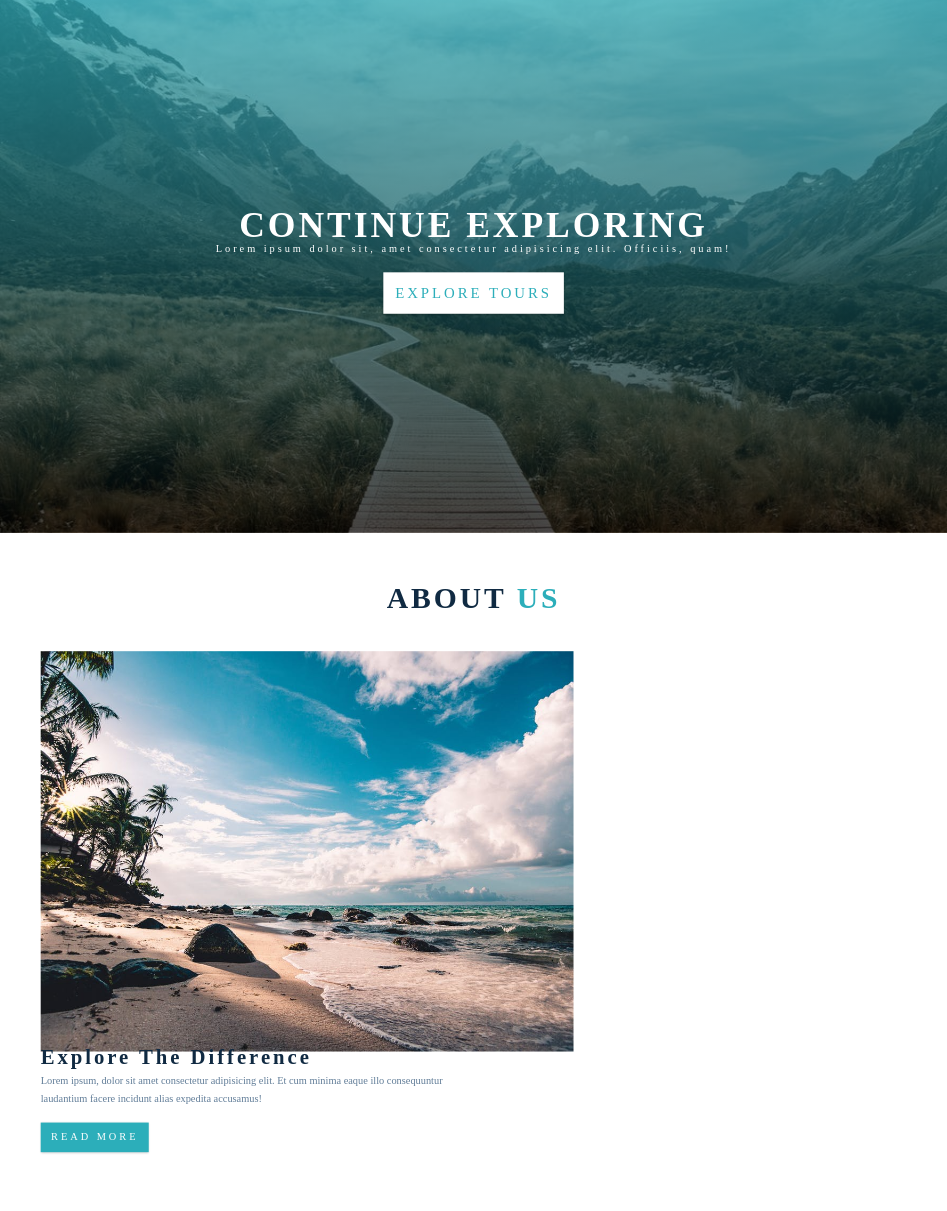
Repository: Ndifoinhilary/flexbox-project
Page: index.html
The author's editor kept a copy of each file at every save. The page is drawn from the files as they stood at one save, then again after the next save.
The browser window is 1280 px wide. The pictures show the whole page, at 74% of full size.

Above is the page before, as saved 2024-01-20 03:31:06.

### index.html
<!DOCTYPE html>
<html lang="en">
  <head>
    <meta charset="UTF-8" />
    <meta name="viewport" content="width=device-width, initial-scale=1.0" />
    <meta http-equiv="X-UA-Compatible" content="ie=edge" />
    <title>Backroads || Tour Company</title>
    <!-- favicon -->
    <link rel="shortcut icon" href="./images/favicon.ico" type="image/x-icon" />
    <!-- font-awesome -->
    <link rel="stylesheet" href="fontawesome-free-5.9.0-web/css/all.min.css" />
    <!-- styles css -->
    <link rel="stylesheet" href="./css/main.css" />
  </head>
  <body>
    <header id="home">
      <!-- nav bar -->
      <!-- end of nav bar -->
  <!-- hero section  -->
  <div class="hero">
    <div class="hero-banner">
      <h1>continue exploring</h1>
      <p>Lorem ipsum dolor sit, amet consectetur adipisicing elit. Officiis, quam!</p>
      <a href="#feature" class="btn hero-btn scroll-link ">explore tours</a>
    </div>
  </div>
   <!-- end of hero section  -->
    </header>
    <!-- end of header -->
   <!-- section -->
    <section class="section" id="about">
      <!-- section title -->
      <div class="section-title">
        <h2>about <span>us</span></h2>
      </div>
            <!-- section title -->
        <div class="section-center about-center">
          <!-- about image wrapper -->
          <article class="about-img">
            <img src="./images/about.jpeg"  class="about-photo" alt="awesome">
          </article>
          <!-- about infor -->
          <artilce class="about-info">
            <h3>explore the difference</h3>
            <p>Lorem ipsum, dolor sit amet consectetur adipisicing elit. Et cum minima eaque illo consequuntur laudantium facere incidunt alias expedita accusamus!</p>
            <a href="#" class="btn">read more</a>
          </artilce>
        </div>
    </section>
    <!-- end of section -->
  </body>
</html>

### css/main.css
@import url("https://fonts.googleapis.com/css?family=Lato:300,400|Poppins&display=swap");
/* css variables */
:root {
    --clr-primary-1:hsl(184, 91%, 17%);
    --clr-primary-2:hsl(185, 84%, 25%);
    --clr-primary-3:hsl(185, 81%, 29%);
    --clr-primary-4:hsl(184, 77%, 34%);
    --clr-primary-5:hsl(185, 62%, 45%);
    --clr-primary-6:hsl(185, 57%, 50%);
    --clr-primary-7:hsl(184, 65%, 59%);
    --clr-primary-8:hsl(184, 80%, 74%);
    --clr-primary-9:hsl(185, 94%, 84%);
    --clr-primary-100:hsl(186, 100%, 94%);
    /* dark grey */
    --clr-grey-1:hsl(209, 61%, 16%);
    --clr-grey-2:hsl(211, 39%, 23%);
    --clr-grey-3:hsl(209, 34%, 30%);
    --clr-grey-4:hsl(209, 28%, 39%);
    --clr-grey-5:hsl(210, 22%, 49%);
    --clr-grey-6:hsl(209, 23%, 60%);
    --clr-grey-7:hsl(211, 27%, 70%);
    --clr-grey-8:hsl(210, 31%, 80%);
    --clr-grey-9:hsl(212, 33%, 89%);
    --clr-grey-10:hsl(210, 36%, 96%);
     --clr-White: #fff;
  --ff-primary:"Lato" sans-serif ;
  --offWhite: #f7f7f7;
  --mainBlack: #222;
  --mainGrey: #ececec;
  --darkGrey: #afafaf;
  --transition: all 0.3s linear;
  --spacing: 0.25rem;
  --radius:0.5rem;
  --light-shadow: 0px 5px 15px rgba(0, 0, 0, 0.1);
  --darkShadow: 0px 5px 15px rgba(0, 0, 0, 0.2);
}


/* css global variables */

*{
  margin: 0;
  padding: 0;
  box-sizing: border-box;
}

body{
  font-family: var(--ff-primary);
  background: var(--clr-White);
  color: var(--clr-grey-1);
  line-height: 1.5rem;
  font-size: 0.875rem;
}

ul{
  list-style-type: none;

}

a{
  text-decoration: none;
}


img{
  width:100vh;
  display: block;
}

h1,h2,h3,h4{
  letter-spacing: var(--spacing);
  text-transform: capitalize;
  line-height: 1.25rem;
  margin-bottom:0.75rem ;
}

h1{
  font-size: 3rem;
}
h2{
  font-size: 2rem;
}
h3{
  font-size: 2rem;
}
h4{
  font-size: 0.875rem;
}

p{
  margin-bottom: 1.25rem;
  color: var(--clr-grey-5);
}

@media screen and (min-width:800px) {
  h1{
    font-size: 3rem;
  }
  h2{
    font-size: 2.5rem;
  }
  h3{
    font-size:1.75rem;
  }
  h4{
    font-size: 1rem;
  }
  bod{
    font-size: 1rem;
  }
  h1,h2,h3,h4{
    line-height: 1rem;
  }
}



.btn{
  text-transform: uppercase;
  background: var(--clr-primary-5);
  letter-spacing: var(--spacing);
  color: var(--clr-White);
  border: 2px solid var(--clr-White);
  padding: 0.375rem 0.75rem;
  display: inline-block;
  transition: var(--transition);
  cursor: pointer;
  -webkit-transition: var(--transition);
  -moz-transition: var(--transition);
  -ms-transition: var(--transition);
  -o-transition: var(--transition);
  font-size: 0.875rem;
  border: 2px solid transparent;
  box-shadow: 0px 1px 3px rgba(0, 0, 0, 0.2);
}


.btn:hover{
  color: var(--clr-primary-1);
  background: var(--clr-primary-8);
}

.section{
  padding: 5rem 0;
}
.section-title{
  text-align: center;
  margin-bottom: 4rem;
}
.section-title h2{
  text-transform: uppercase;
}
.section-title span{
  color: var(--clr-primary-5);
}
.section-center{
  width: 90vw;
  margin: 0 auto;
  max-width: 1170px;
}


@media screen and (min-width:992px) {
  .section-center{
    width: 95vw;
  }
}
/* hero */

.hero{
  min-height: 100vh;
  background: var(--clr-primary-5);
  display: flex;
  justify-content: center;
  align-items: center;
}
.hero-banner{
  text-align: center;
  color: var(--clr-White);
  padding: 0 3rem;
}
.hero-banner h1{
  text-transform: uppercase;
}

.hero-banner p{
  max-width: 35rem;
  margin-left: auto;
  margin-right: auto;
  color: var(--clr-White);
  letter-spacing: var(--spacing);
}

.hero-btn{
  padding: 0.9rem;
  font-size: 1.25rem;
  background: var(--clr-White);
  color: var(--clr-primary-5);
}
.hero-btn:hover{
  background: transparent;
  color: var(--clr-White);
  border-color: var(--clr-White);
}
@media screen and (min-width:768px) {
  .hero{
    background:linear-gradient(rgb(44,174,186,0.7), rgb(0,0,0,0.7)) ,url('../images/main.jpeg') center/cover no-repeat;
  }
.hero-banner{
  padding: 0;
}
  .hero-banner p{
    max-width: 45rem;
  }

}
/* end of hero */





/* about us section */




.about-img,.about-info{
  margin-bottom: 2rem;
}

@media screen and (min-width:992px) {
  .about-center{
    display: flex;
    justify-content: space-between;
   flex-wrap: wrap;
  }
  .about-img, .about-info{
    flex: 0 0 calc(50% - 2rem);
    margin-bottom:   0;
  }
}



/* end of about us section */

Loaded but not shown: fontawesome-free-5.9.0-web/css/all.min.css (library)

After the next save:
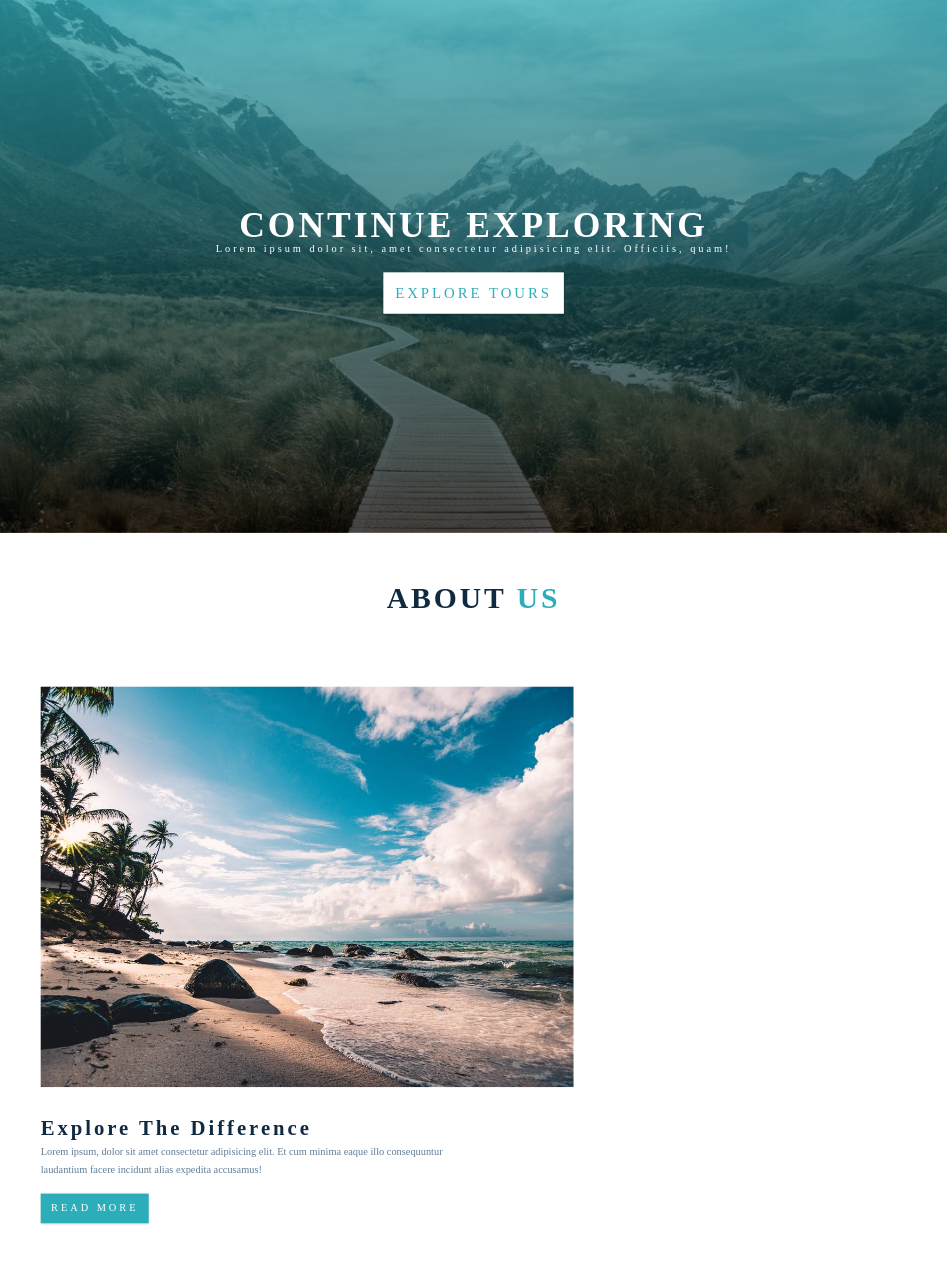
Saved 12 min 4 s later.
--- a/css/main.css
+++ b/css/main.css
@@ -227,6 +227,7 @@ p{
 
 .about-img,.about-info{
   margin-bottom: 2rem;
+  margin-top: 3rem;
 }
 
 @media screen and (min-width:992px) {
